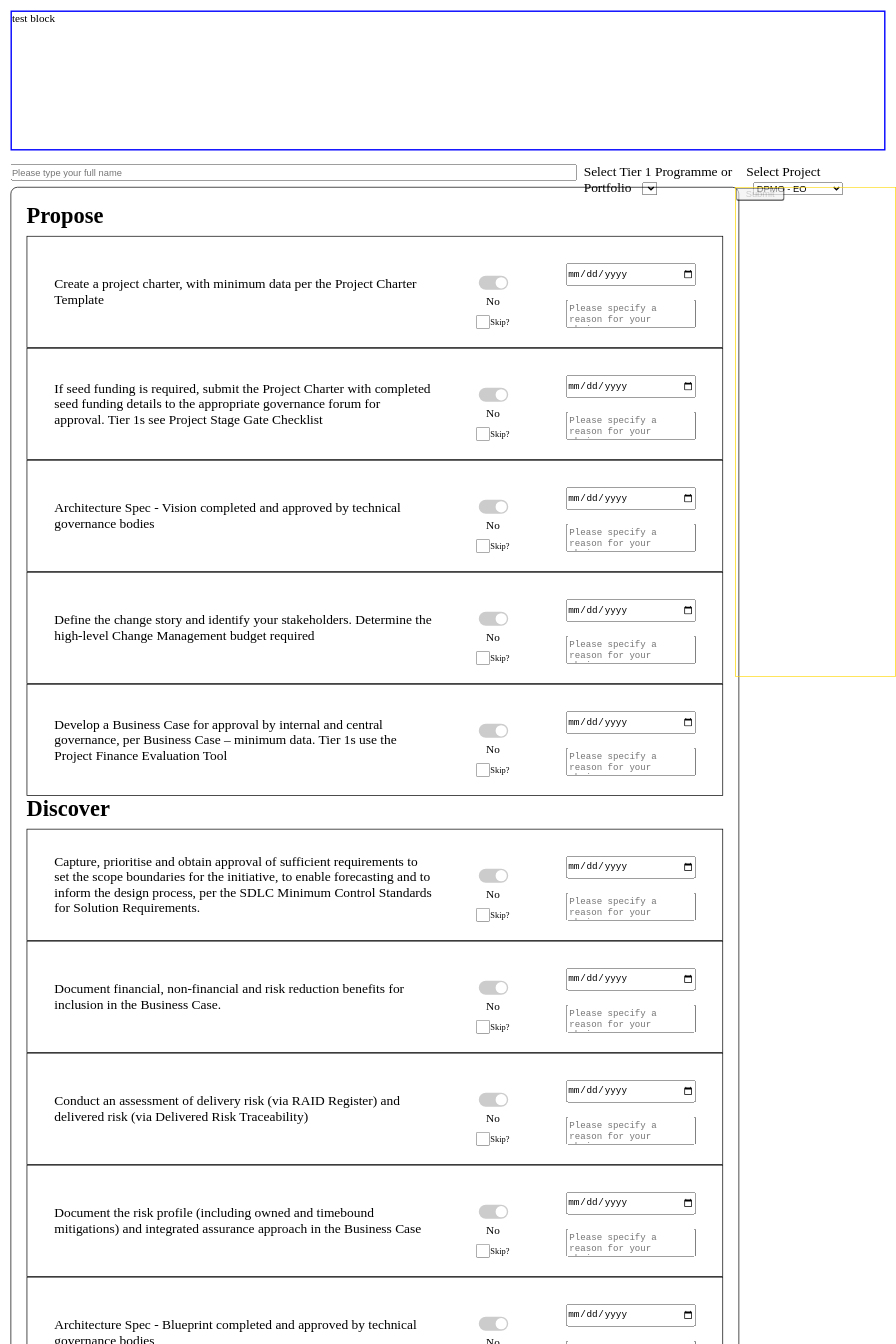
Repository: I-Alpha/JQuery-Html-form
Page: Project-form.html
These files come from the project's save history. The page is drawn as it stood at one moment and after the next save; the edit follows.
The browser window is 1280 px wide. The pictures show the part of the page from y = 0 to 1920 px (the page is 8699 px tall before and 8679 px after), at 70% of full size.

Above is the page before, as saved 2020-10-27 00:55:11.

After the next save:
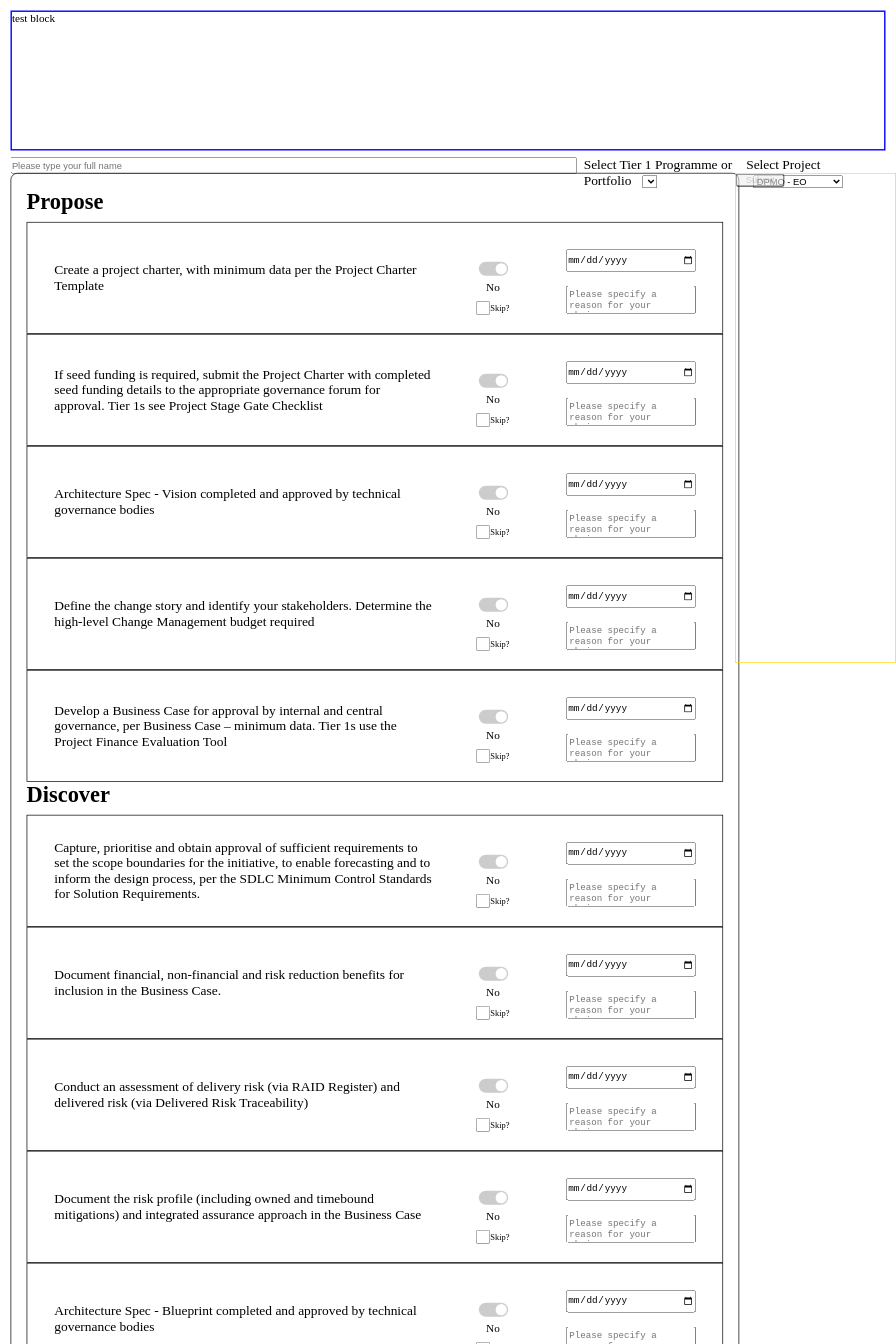
Saved 9 s later.
--- a/main.css
+++ b/main.css
@@ -310,7 +310,7 @@
   #preBar{
    display: grid;
     flex-direction: row;
-
+   grid
 
    margin : 10px 0;
   }

After the save that followed:
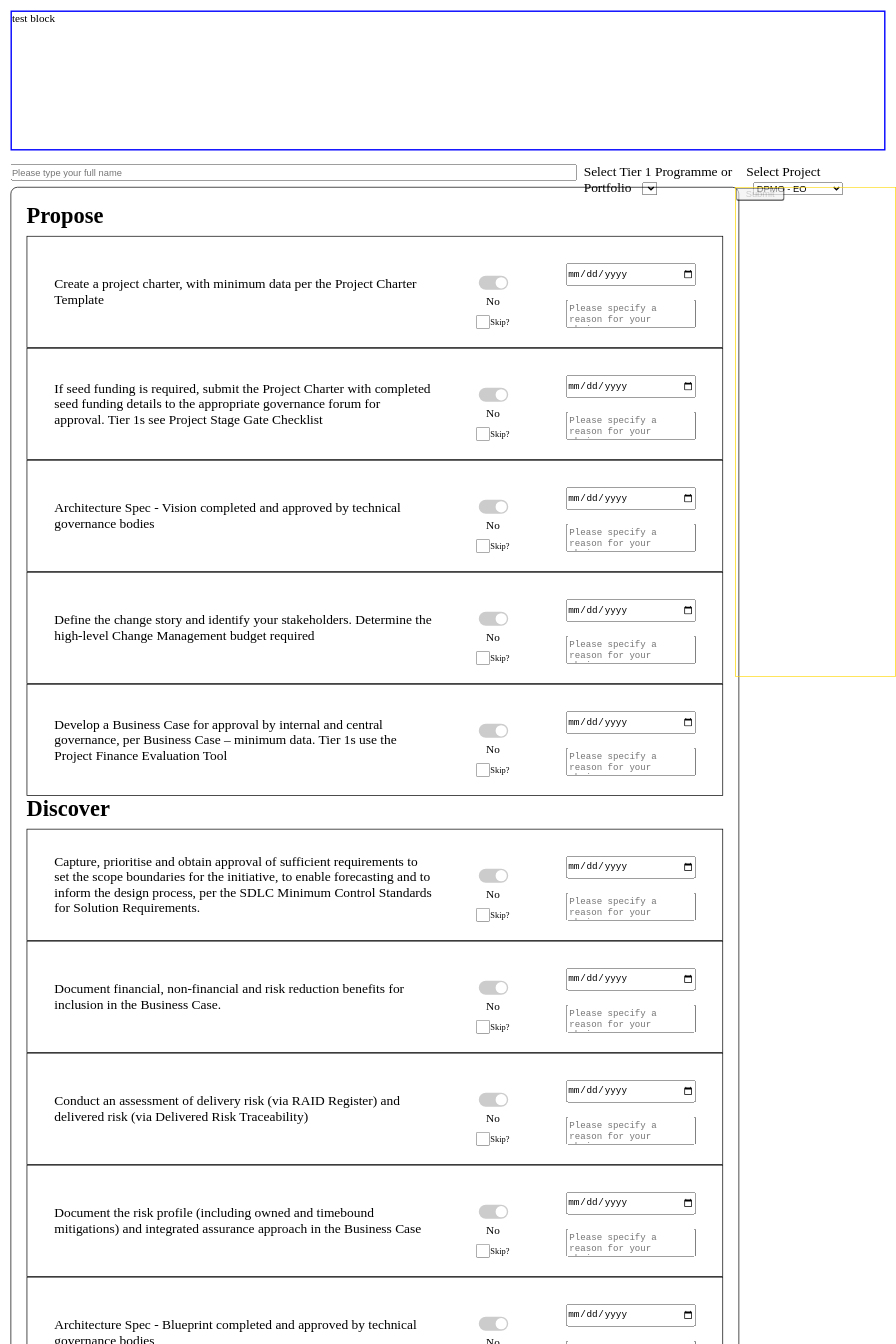
Saved 4 s later.
--- a/main.css
+++ b/main.css
@@ -310,7 +310,7 @@
   #preBar{
    display: grid;
     flex-direction: row;
-   grid
+   grid-template-columns: ;
 
    margin : 10px 0;
   }
